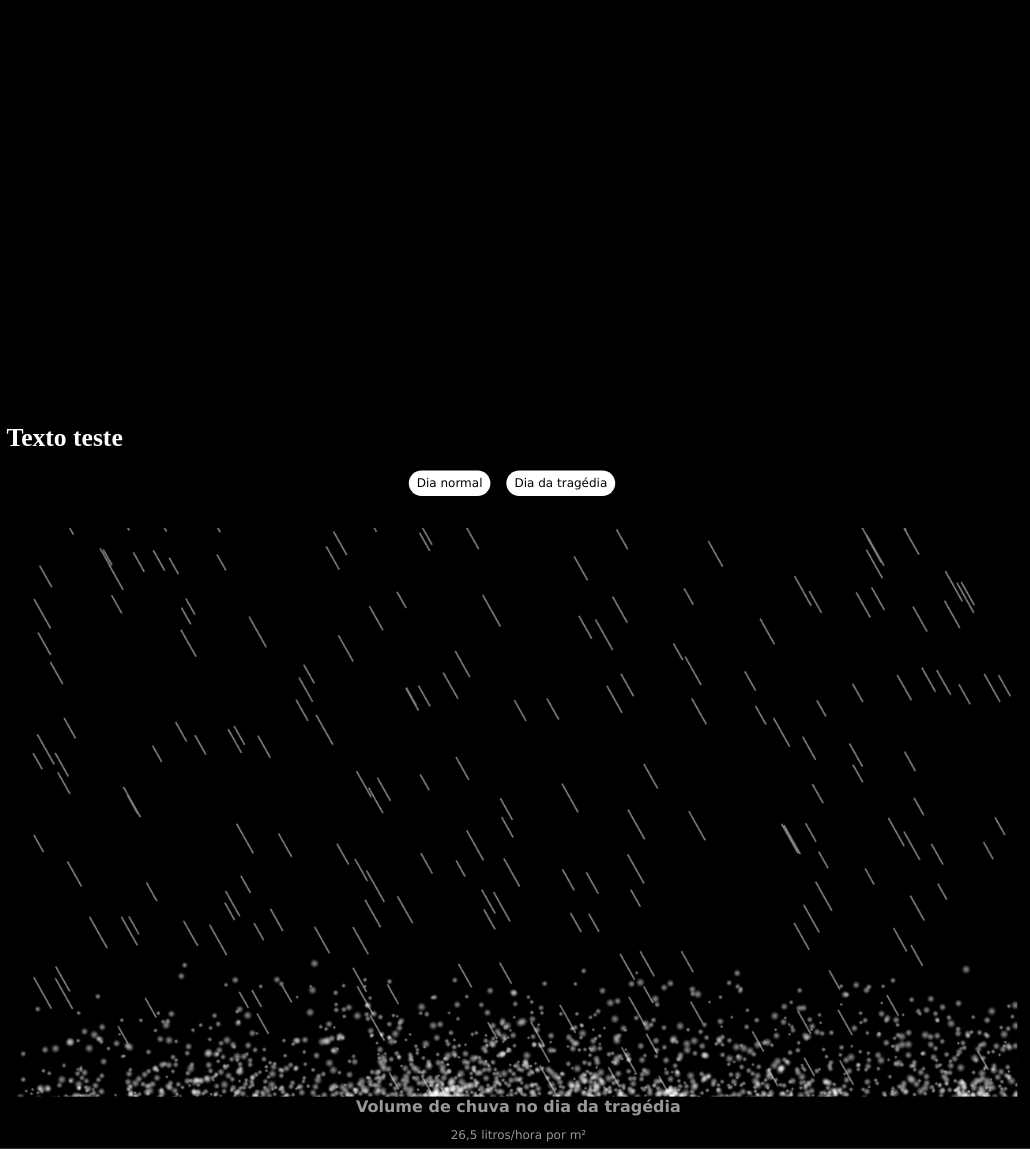
Repository: lucasthaynan/chuvas-estadao
Page: index.html
An editor plug-in stored every save of this project. The page is shown before and after the next save, followed by the edit.
The browser window is 1280 px wide. The page is 1288 px wide, so the pictures cover 1288 px, including what lies to the right of the window. The pictures show the whole page, at 80% of full size.

Above is the page before, as saved 2023-02-24 10:45:56.
Console error: ReferenceError: dat is not defined

### index.html
<!DOCTYPE html>
<html lang="en">
<head>
    <meta charset="UTF-8">
    <meta http-equiv="X-UA-Compatible" content="IE=edge">
    <meta name="viewport" content="width=device-width, initial-scale=1.0">
    <link rel="stylesheet" href="./style.css">
    <title>Document</title>
</head>
<body>

    <div id="instructions"></div>
        <div>
            <h1>Texto teste</h1>
            <div class="btns">
                <div class="btn-nornal">
                    <p>Dia normal</p>
                </div>
                <div class="btn-tragedia">
                    <p>Dia da tragédia</p>
                </div>
            </div>
        </div>
        <canvas id="canvas">Canvas is not supported in your browser

        </canvas>

    <div class="text">
        <p>Volume de chuva no dia da tragédia</p>
        <p class="desc">26,5 litros/hora por m²</p>
    </div>


    <script src="./main.js"></script>
</body>
</html>

### style.css
/* html, body, canvas, #instructions {
	position: absolute;
	width: 100%;
	height: 100%;
} */

body {
    background: -moz-linear-gradient(top,  rgb(0, 0, 0) 0%, rgb(0, 0, 0) 100%); /* FF3.6-15 */
    background: linear-gradient(to bottom,  rgb(0, 0, 0) 0%,rgba(0, 0, 0, 0.93) 100%);
    background: -webkit-linear-gradient(top,  rgb(0, 0, 0) 0%,rgb(0, 0, 0) 100%); /* Chrome10-25,Safari5.1-6 */
    /* background: linear-gradient(to bottom,  rgba(8,13,40,1) 0%,rgba(38,19,0,1) 100%); W3C, IE10+, FF16+, Chrome26+, Opera12+, Safari7+ */

    display: flex;
    flex-direction: column;

}

#instructions {
	opacity: 1;
	transition: opacity 2s;
	background-repeat: no-repeat;
	background-position: center center;
	background-size: contain;
	/* background-image: url(data:[embedded picture, 1818 characters]);
	 */

    width: 710px;
    height: 500px;

	@media (max-height: 400px) {
		display: none;
	}


}


.text {
    display: flex;
    justify-content: center;
    width: 100vw;
    height: 100%;
    /* align-content: center; */
    align-items: center;
    flex-direction: column;
    flex-wrap: nowrap;
    gap: 15px;
}

p {
    margin: 0;
    font-weight: 800;
    color: #989898;
    font-size: 20px;
    font-family:'Lucida Sans', 'Lucida Sans Regular', 'Lucida Grande', 'Lucida Sans Unicode', Geneva, Verdana, sans-serif;
}

p.desc {
    font-size: 15px;
    font-weight: 500;
}

div.btns {
    display: flex;
    flex-direction: row;
    align-items: center;
    justify-content: center;
    gap: 20px;
    padding-bottom: 40px;
}

div.btns > div {
    background-color: #ffffff;
    padding: 7px 10px;
    border-radius: 999px;
}

div.btns > div p {
    font-size: 15px;
    font-weight: 400;
    color: #000000;
}

h1 {
    color: #ffffff;
}

### main.js
// Falling rain simulation using 2D canvas
// - vanilla JS, no frameworks
// - framerate independent physics
// - slow-mo / fast-forward support via demo.speed
// - supports high-DPI screens
// - falling rain particles are drawn as vector lines
// - splash particles are lazily pre-rendered so gradients aren't computed each frame
// - all particles make use of object pooling to further boost performance

// initialize
document.addEventListener("DOMContentLoaded", function() {
	demo.init();
	window.addEventListener('resize', demo.resize);
});

// demo namespace
var demo = {
	// CUSTOMIZABLE PROPERTIES
	// - physics speed multiplier: allows slowing down or speeding up simulation
	speed: 1,
	// - color of particles
	color: {
		r: '255',
		g: '255',
		b: '255',
		a: '0.5'
	},

	// END CUSTOMIZATION
	// whether demo is running
	started: false,
	// canvas and associated context references
	canvas: null,
	ctx: null,
	// viewport dimensions (DIPs)
	width: 0,
	height: 0,
	// devicePixelRatio alias (should only be used for rendering, physics shouldn't care)
	dpr: window.devicePixelRatio || 1,
	// time since last drop
	drop_time: 0,
	// ideal time between drops (changed with mouse/finger)
    drop_delay: 2.5,
	// drop_delay: 156,
	// wind applied to rain (changed with mouse/finger)
    wind: 15,
	// wind: 5,
	// color of rain (set in init)
	rain_color: null,
	rain_color_clear: null,
	// rain particles
	rain: [],
	rain_pool: [],
	// rain droplet (splash) particles
	drops: [],
	drop_pool: []
};

// demo initialization (should only run once)
demo.init = function() {
	if (!demo.started) {
		demo.started = true;
		demo.canvas = document.getElementById('canvas');
		demo.ctx = demo.canvas.getContext('2d');
		var c = demo.color;
		demo.rain_color = 'rgba(' + c.r + ',' + c.g + ',' + c.b + ',' + c.a + ')';
		demo.rain_color_clear = 'rgba(' + c.r + ',' + c.g + ',' + c.b + ',0)';
		demo.resize();
		Ticker.addListener(demo.step);

		//
		const gui = new dat.GUI();
		gui.add(demo, 'speed', 0.2, 2);

		// fade out instructions after a few seconds
		var instructions = document.getElementById('instructions');
		setTimeout(function() {
			instructions.style.opacity = 0;
			setTimeout(function(){
				instructions.parentNode.removeChild(instructions);
			}, 2000);
		}, 4000);
	}
}

// (re)size canvas (clears all particles)
demo.resize = function() {
	// localize common references
	var rain = demo.rain;
	var drops = demo.drops;
	// recycle particles
	for (var i = rain.length - 1; i >= 0; i--) {
			rain.pop().recycle();
	}
	for (var i = drops.length - 1; i >= 0; i--) {
			drops.pop().recycle();
	}
	// resize
	demo.width = window.innerWidth;
	demo.height = window.innerHeight;
	demo.canvas.width = demo.width * demo.dpr;
	demo.canvas.height = demo.height * demo.dpr;
}

demo.step = function(time, lag) {
	// localize common references
	var demo = window.demo;
	var speed = demo.speed;
	var width = demo.width;
	var height = demo.height;
	var wind = demo.wind;
	var rain = demo.rain;
	var rain_pool = demo.rain_pool;
	var drops = demo.drops;
	var drop_pool = demo.drop_pool;

	// multiplier for physics
	var multiplier = speed * lag;

	// spawn drops
	demo.drop_time += time * speed;
	while (demo.drop_time > demo.drop_delay) {
		demo.drop_time -= demo.drop_delay;
		var new_rain = rain_pool.pop() || new Rain();
		new_rain.init();
		var wind_expand = Math.abs(height / new_rain.speed * wind); // expand spawn width as wind increases
		var spawn_x = Math.random() * (width + wind_expand);
		if (wind > 0) spawn_x -= wind_expand;
		new_rain.x = spawn_x;
		rain.push(new_rain);
	}

	// rain physics
	for (var i = rain.length - 1; i >= 0; i--) {
		var r = rain[i];
		r.y += r.speed * r.z * multiplier;
		r.x += r.z * wind * multiplier;
		// remove rain when out of view
		if (r.y > height) {
			// if rain reached bottom of view, show a splash
			r.splash();
		}
		// recycle rain
		if (r.y > height + Rain.height * r.z || (wind < 0 && r.x < wind) || (wind > 0 && r.x > width + wind)) {
			r.recycle();
			rain.splice(i, 1);
		}
	}

	// splash drop physics
	var drop_max_speed = Drop.max_speed;
	for (var i = drops.length - 1; i >= 0; i--) {
		var d = drops[i];
		d.x += d.speed_x * multiplier;
		d.y += d.speed_y * multiplier;
		// apply gravity - magic number 0.3 represents a faked gravity constant
		d.speed_y += 0.3 * multiplier;
		// apply wind (but scale back the force)
		d.speed_x += wind / 25 * multiplier;
		if (d.speed_x < -drop_max_speed) {
			d.speed_x = -drop_max_speed;
		}else if (d.speed_x > drop_max_speed) {
			d.speed_x = drop_max_speed;
		}
		// recycle
		if (d.y > height + d.radius) {
			d.recycle();
			drops.splice(i, 1);
		}
	}

	demo.draw();
}

demo.draw = function() {
	// localize common references
	var demo = window.demo;
	var width = demo.width;
	var height = demo.height;
	var dpr = demo.dpr;
	var rain = demo.rain;
	var drops = demo.drops;
	var ctx = demo.ctx;

	// start fresh
	ctx.clearRect(0, 0, width*dpr, height*dpr);

	// draw rain (trace all paths first, then stroke once)
	ctx.beginPath();
	var rain_height = Rain.height * dpr;
	for (var i = rain.length - 1; i >= 0; i--) {
		var r = rain[i];
		var real_x = r.x * dpr;
		var real_y = r.y * dpr;
		ctx.moveTo(real_x, real_y);
		// magic number 1.5 compensates for lack of trig in drawing angled rain
		ctx.lineTo(real_x - demo.wind * r.z * dpr * 1.5, real_y - rain_height * r.z);
	}
	ctx.lineWidth = Rain.width * dpr;
	ctx.strokeStyle = demo.rain_color;
	ctx.stroke();

	// draw splash drops (just copy pre-rendered canvas)
	for (var i = drops.length - 1; i >= 0; i--) {
		var d = drops[i];
		var real_x = d.x * dpr - d.radius;
		var real_y = d.y * dpr - d.radius;
		ctx.drawImage(d.canvas, real_x, real_y);
	}
}


// Rain definition
function Rain() {
	this.x = 0;
	this.y = 0;
	this.z = 0;
	this.speed = 25;
	this.splashed = false;
}
Rain.width = 2;

// TAMANHO DAS GOSTAS DE CHUVA - 40 = PADRAO
Rain.height = 40;
Rain.prototype.init = function() {
	this.y = Math.random() * -100;

    // VELOCIDADE DE QUEDA DA CHUVA - 0.5 + 0.5 = PADRAO
	this.z = Math.random() * 0.5 + 0.5;
	this.splashed = false;
}
Rain.prototype.recycle = function() {
	demo.rain_pool.push(this);
}
// recycle rain particle and create a burst of droplets
Rain.prototype.splash = function() {
	if (!this.splashed) {
		this.splashed = true;
		var drops = demo.drops;
		var drop_pool = demo.drop_pool;

		for (var i=0; i<16; i++) {
			var drop = drop_pool.pop() || new Drop();
			drops.push(drop);
			drop.init(this.x);
		}
	}
}


// Droplet definition
function Drop() {
	this.x = 0;
	this.y = 0;
	this.radius = Math.round(Math.random() * 4 + 2) * demo.dpr;
	this.speed_x = 0;
	this.speed_y = 0;
	this.canvas = document.createElement('canvas');
	this.ctx = this.canvas.getContext('2d');

	// render once and cache
	var diameter = this.radius * 2;
	this.canvas.width = diameter;
	this.canvas.height = diameter;

	var grd = this.ctx.createRadialGradient(this.radius, this.radius , 1, this.radius, this.radius, this.radius);
	grd.addColorStop(0, demo.rain_color);
	grd.addColorStop(1, demo.rain_color_clear);
	this.ctx.fillStyle = grd;
	this.ctx.fillRect(0, 0, diameter, diameter);
}

// DISPERCAO DOS PINGOS NO CHAO
Drop.max_speed = 10;

Drop.prototype.init = function(x) {
	this.x = x;
	this.y = demo.height;
	var angle = Math.random() * Math.PI - (Math.PI * 0.5);
	var speed = Math.random() * Drop.max_speed;
	this.speed_x = Math.sin(angle) * speed;
	this.speed_y = -Math.cos(angle) * speed;
}
Drop.prototype.recycle = function() {
	demo.drop_pool.push(this);
}




// handle interaction
demo.mouseHandler = function(evt) {
	demo.updateCursor(evt.clientX, evt.clientY);
}
demo.touchHandler = function(evt) {
	evt.preventDefault();
	var touch = evt.touches[0];
	demo.updateCursor(touch.clientX, touch.clientY);
}
demo.updateCursor = function(x, y) {
	x /= demo.width;
	y /= demo.height;
	var y_inverse = (1 - y);

	demo.drop_delay = y_inverse*y_inverse*y_inverse * 100 + 2;
	demo.wind = (x - 0.5) * 50;
}

// document.addEventListener('mousemove', demo.mouseHandler);
// document.addEventListener('touchstart', demo.touchHandler);
// document.addEventListener('touchmove', demo.touchHandler);



// Frame ticker helper module
var Ticker = (function(){
	var PUBLIC_API = {};

	// public
	// will call function reference repeatedly once registered, passing elapsed time and a lag multiplier as parameters
	PUBLIC_API.addListener = function addListener(fn) {
		if (typeof fn !== 'function') throw('Ticker.addListener() requires a function reference passed in.');

		listeners.push(fn);

		// start frame-loop lazily
		if (!started) {
			started = true;
			queueFrame();
		}
	};

	// private
	var started = false;
	var last_timestamp = 0;
	var listeners = [];
	// queue up a new frame (calls frameHandler)
	function queueFrame() {
		if (window.requestAnimationFrame) {
			requestAnimationFrame(frameHandler);
		} else {
			webkitRequestAnimationFrame(frameHandler);
		}
	}
	function frameHandler(timestamp) {
		var frame_time = timestamp - last_timestamp;
		last_timestamp = timestamp;
		// make sure negative time isn't reported (first frame can be whacky)
		if (frame_time < 0) {
			frame_time = 17;
		}
		// - cap minimum framerate to 15fps[~68ms] (assuming 60fps[~17ms] as 'normal')
		else if (frame_time > 68) {
			frame_time = 68;
		}

		// fire custom listeners
		for (var i = 0, len = listeners.length; i < len; i++) {
			listeners[i].call(window, frame_time, frame_time / 16.67);
		}

		// always queue another frame
		queueFrame();
	}

	return PUBLIC_API;
}());

After the next save:
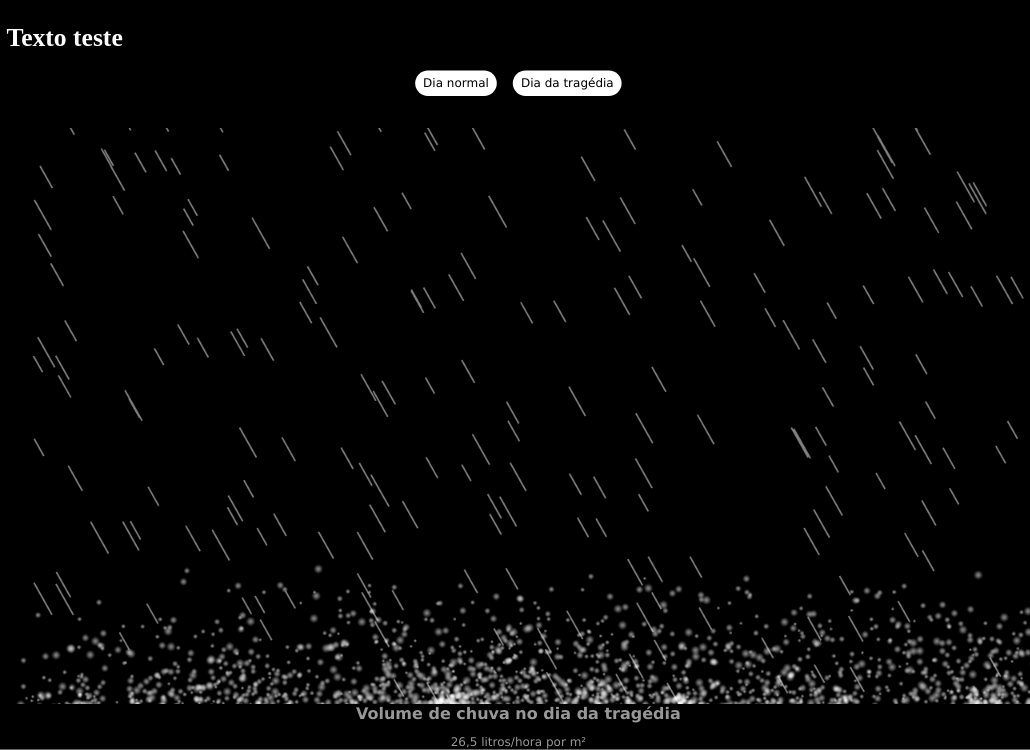
Saved 11 s later.
--- a/style.css
+++ b/style.css
@@ -1,8 +1,8 @@
-/* html, body, canvas, #instructions {
+html, body, #instructions {
 	position: absolute;
 	width: 100%;
 	height: 100%;
-} */
+}
 
 body {
     background: -moz-linear-gradient(top,  rgb(0, 0, 0) 0%, rgb(0, 0, 0) 100%); /* FF3.6-15 */
